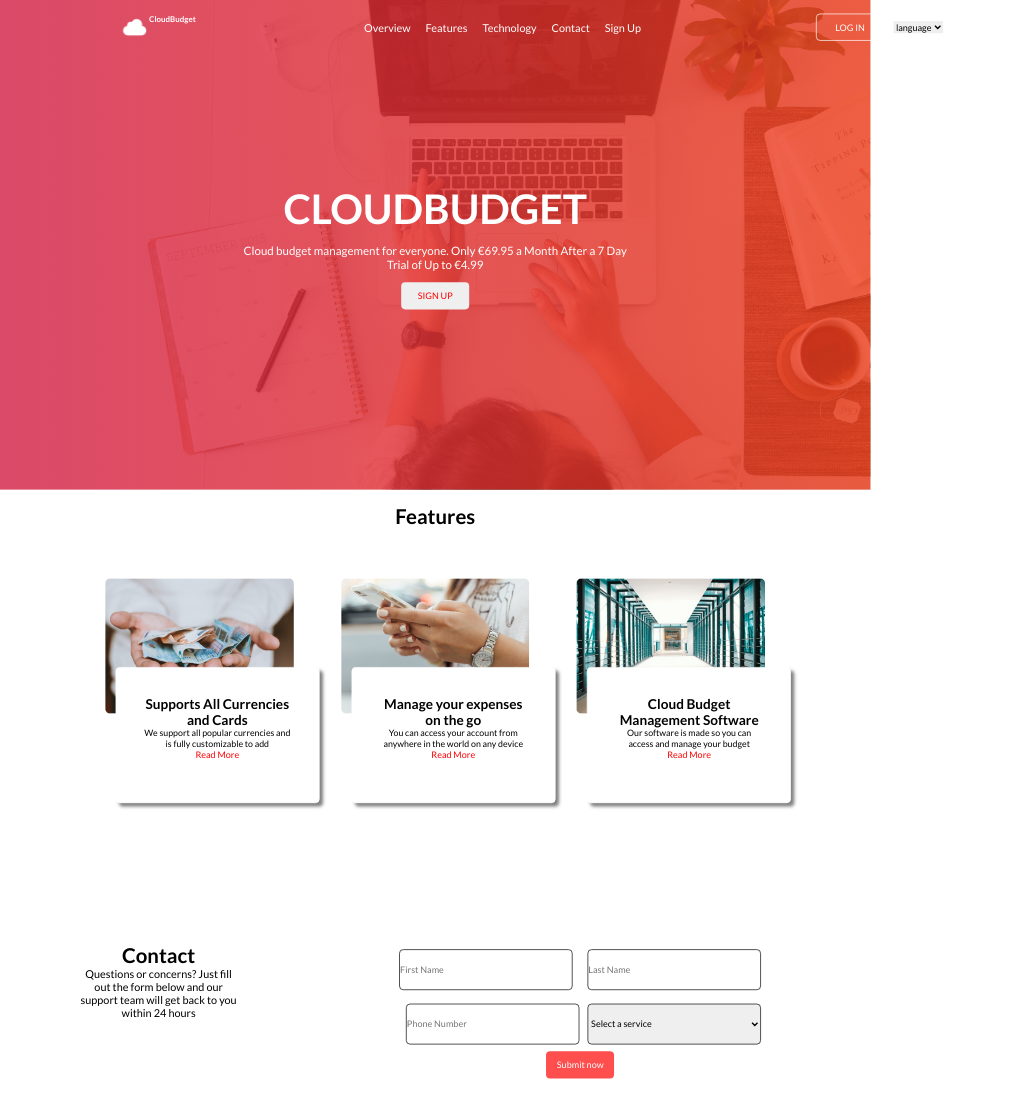
Repository: havvanurrana/website3
Page: index.html
These files come from the project's save history. The page is drawn as it stood at one moment and after the next save; the edit follows.
The browser window is 1280 px wide. The page is 1490 px wide, so the pictures cover 1490 px, including what lies to the right of the window. The pictures show the whole page, at 68% of full size.

Above is the page before, as saved 2024-08-01 20:23:31.

After the next save:
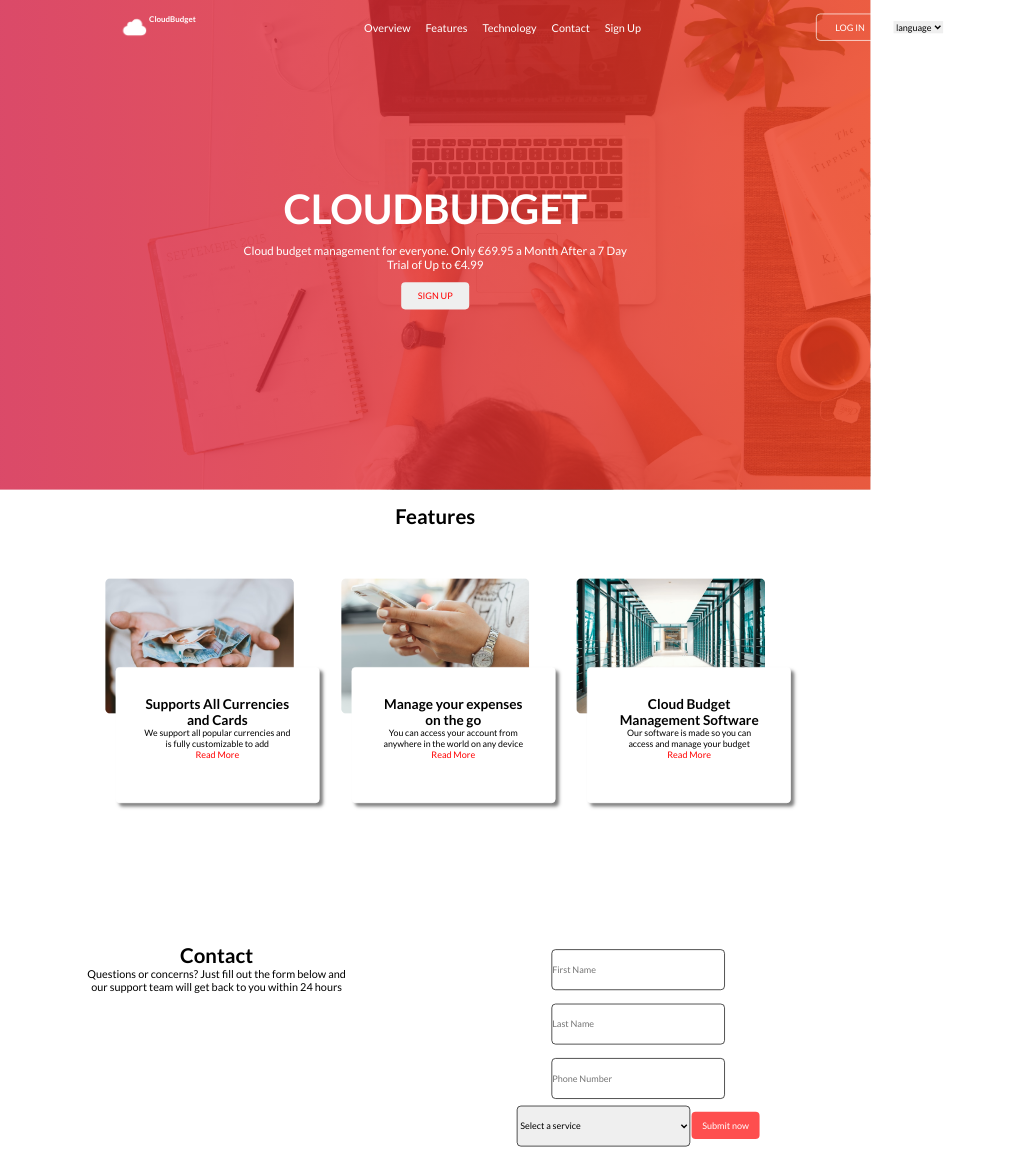
Saved 87 s later.
--- a/style.css
+++ b/style.css
@@ -180,7 +180,7 @@ h1{
    font-size: 16px;
 }
 .contact-text{
-   width: 50%;
+   width: 100%;
    height: 50%;
 }
 input{
